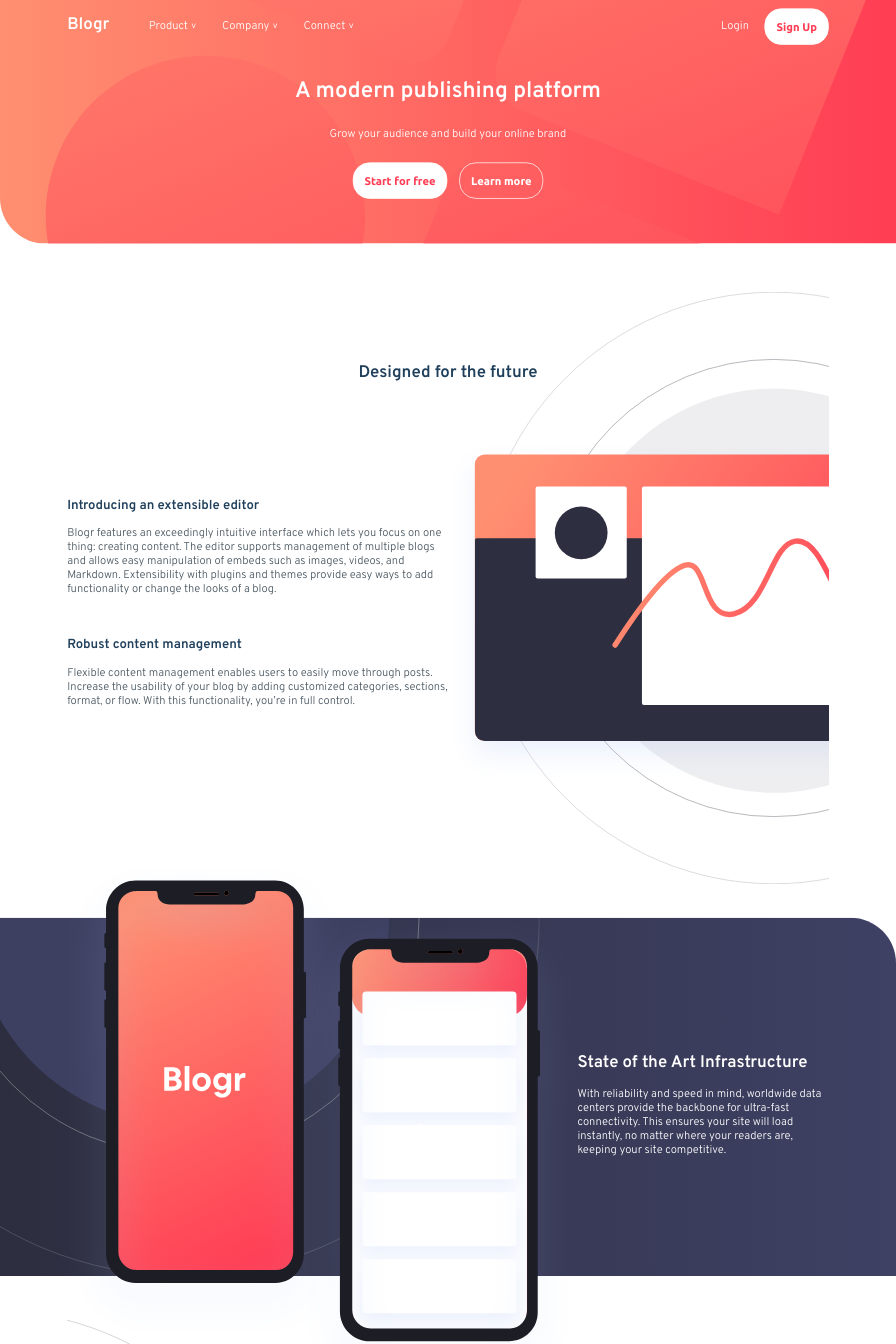
Repository: Ejiro-Oke/Blogr
Page: blogr.html
The author's editor kept a copy of each file at every save. The page is drawn from the files as they stood at one save, then again after the next save.
The browser window is 1280 px wide. The pictures show the part of the page from y = 0 to 1920 px (the page is 3109 px tall before and 3116 px after), at 70% of full size.

Above is the page before, as saved 2021-04-15 17:11:11.

After the next save:
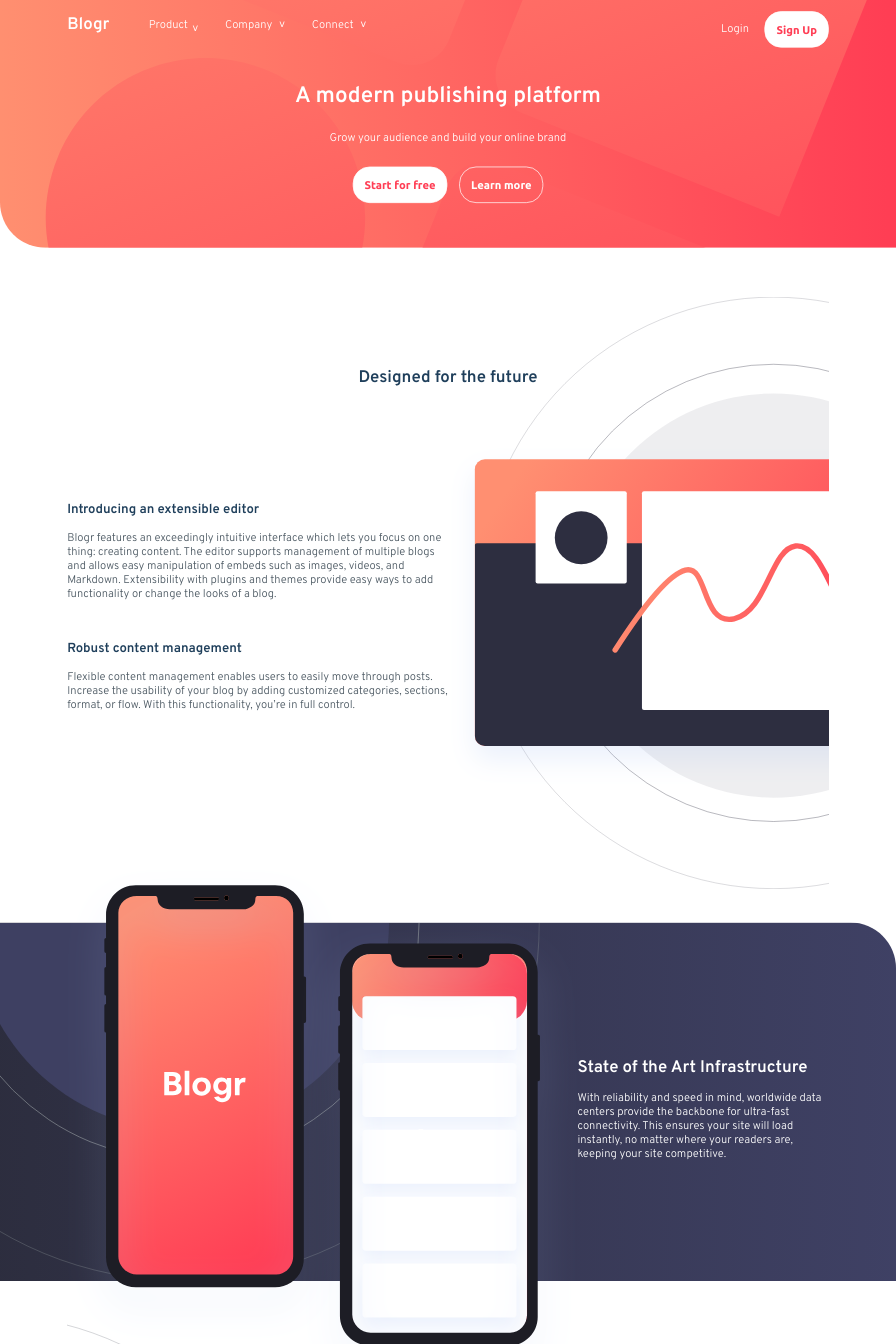
Saved 3 min 29 s later.
--- a/blogr.css
+++ b/blogr.css
@@ -50,13 +50,22 @@ margin: .6em 1em;
     margin-right: 0;
 }
 .arrow{
-    display: inline-block;
+
     color: hsl(353, 100%, 62%);
-    font-size: 12px;
+    font-size: 15px;
     padding: .2em .2em;
     margin: .2em .2em;
     transition: all 0.4s ease;
-}
+    cursor: pointer;
+
+}
+
+/* #test{
+    color: red;
+    transform: rotate(180deg);
+} */
+
+
 /* .arrow-down{
     transform: rotate(0deg);
     transition: all 0.4s ease;
@@ -73,13 +82,15 @@ a, .top-arrow {
 }
 
 .drop-top {
-  display:block;
-  position:absolute;
+    display: none;
+  position: absolute;
   background-color: #f1f1f1;
   min-width: 160px;
   box-shadow: 0px 8px 16px 0px rgba(0,0,0,0.2);
   z-index: 1;
   }
+
+  /* #content-trigger:hover .top-arrow {transform: rotate(180deg);} */
 
 
 button{
@@ -180,16 +191,13 @@ nav{
     background-color: hsl(0, 10%, 92%);
     border-radius: 4px 4px;
 }
+.product-drop{
+    display: flex;
+}
 
 .product-content, .company-content, .connect-content{
-    display: none;
-}
-#content-trigger:hover .top-arrow
-{transform: rotate(180deg);}
-
-#content-trigger:hover .drop-top
-{display: block;}
-
+    /* display: none; */
+}
 
 /* .kon
 {
@@ -201,7 +209,7 @@ display: none;
 .kon.open{
     display: block;
 } */
-.dropdown-content a, .drop-top a{
+.dropdown-content a{
     color: hsl(207, 13%, 34%);
     padding: 1em o;
 }
